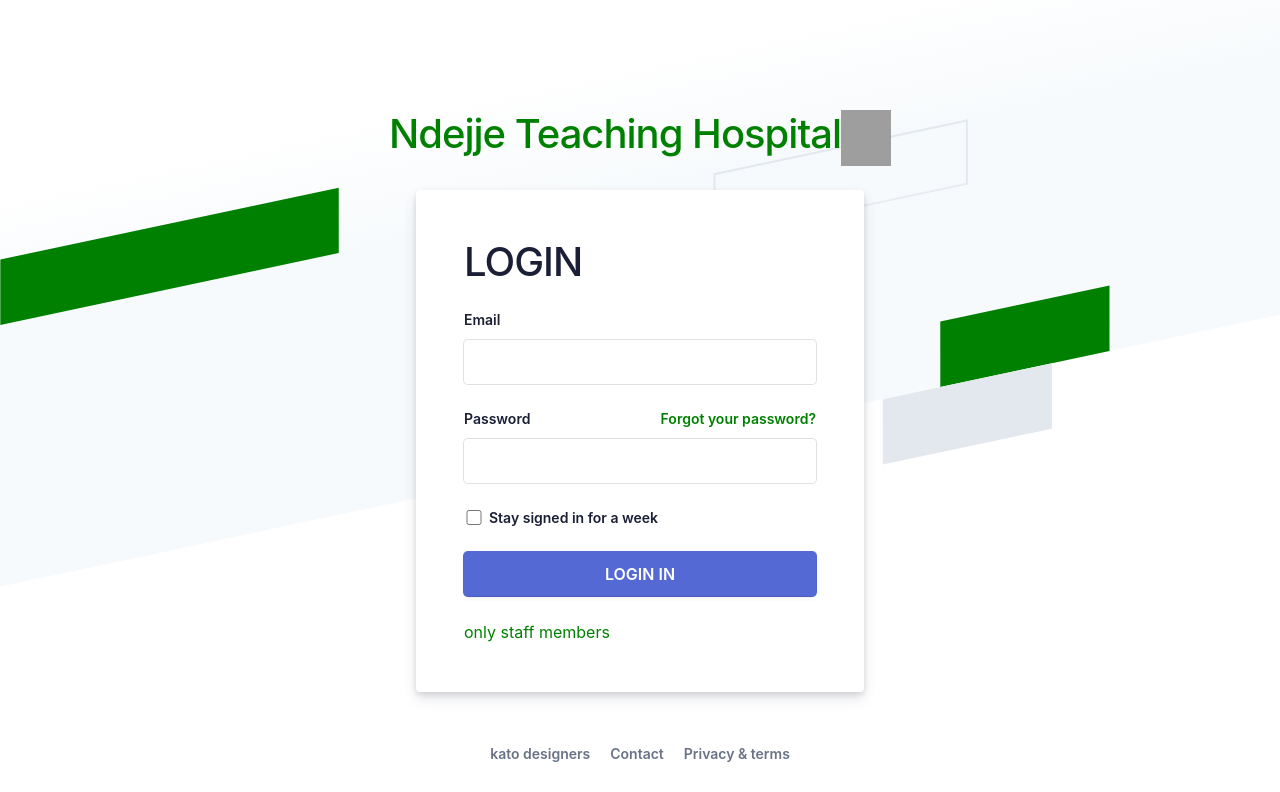
Repository: kluivert-ssali/katoMessi
Page: http://localhost/login.php
An editor plug-in stored every save of this project. The page is shown before and after the next save, followed by the edit.
The browser window is 1280 px wide. The pictures show the whole page.
Pictures or frames that could not be fetched are drawn as grey boxes. Some web libraries are served in a nearby version. The page is run by PHP 8.4 with error messages shown; the project is at /var/www/html/.

Above is the page before, as saved 2022-05-14 00:01:36.

### login.php
<?php





?>




<!-- staff login form  -->
<!DOCTYPE html>
<html lang="en">

<head>
    <meta charset="UTF-8">
    <meta http-equiv="X-UA-Compatible" content="IE=edge">
    <meta name="viewport" content="width=device-width, initial-scale=1.0">
    <!-- <script src="https://ajax.googleapis.com/ajax/libs/jquery/2.2.0/jquery.min.js"></script>
    <link rel="stylesheet" href="https://maxcdn.bootstrapcdn.com/bootstrap/3.3.6/css/bootstrap.min.css" /> -->
    <!-- bootsrap css -->
    <link href="https://cdn.jsdelivr.net/npm/bootstrap@5.1.3/dist/css/bootstrap.min.css" rel="stylesheet" integrity="sha384-1BmE4kWBq78iYhFldvKuhfTAU6auU8tT94WrHftjDbrCEXSU1oBoqyl2QvZ6jIW3" crossorigin="anonymous">
    <title>Login</title>
    <style>
        /* put button in right */
        .btn {
            float: right;
        }
        * {
  padding: 0;
  margin: 0;
  color: #1a1f36;
  box-sizing: border-box;
  word-wrap: break-word;
  font-family: -apple-system,BlinkMacSystemFont,Segoe UI,Roboto,Helvetica Neue,Ubuntu,sans-serif;
}

h1 {
    letter-spacing: -1px;
}
a {
  color: green;
  text-decoration: unset;
}
.login-root {
    background: #fff;
    display: flex;
    width: 100%;
    min-height: 100vh;
    overflow: hidden;
}
.loginbackground {
    min-height: 692px;
    position: fixed;
    bottom: 0;
    left: 0;
    right: 0;
    top: 0;
    z-index: 0;
    overflow: hidden;
}
.flex-flex {
    display: flex;
}
.align-center {
  align-items: center;
}
.center-center {
  align-items: center;
  justify-content: center;
}
.box-root {
    box-sizing: border-box;
}
.flex-direction--column {
    -ms-flex-direction: column;
    flex-direction: column;
}
.loginbackground-gridContainer {
    display: -ms-grid;
    display: grid;
    -ms-grid-columns: [start] 1fr [left-gutter] (86.6px)[16] [left-gutter] 1fr [end];
    grid-template-columns: [start] 1fr [left-gutter] repeat(16,86.6px) [left-gutter] 1fr [end];
    -ms-grid-rows: [top] 1fr [top-gutter] (64px)[8] [bottom-gutter] 1fr [bottom];
    grid-template-rows: [top] 1fr [top-gutter] repeat(8,64px) [bottom-gutter] 1fr [bottom];
    justify-content: center;
    margin: 0 -2%;
    transform: rotate(-12deg) skew(-12deg);
}
.box-divider--light-all-2 {
    box-shadow: inset 0 0 0 2px #e3e8ee;
}
.box-background--blue {
    background-color:green;
}
.box-background--white {
  background-color: #ffffff;
}
.box-background--blue800 {
    background-color: #212d63;
}
.box-background--gray100 {
    background-color: #e3e8ee;
}
.box-background--cyan200 {
    background-color: #7fd3ed;
}
.padding-top--64 {
  padding-top: 64px;
}
.padding-top--24 {
  padding-top: 24px;
}
.padding-top--48 {
  padding-top: 48px;
}
.padding-bottom--24 {
  padding-bottom: 24px;
}
.padding-horizontal--48 {
  padding: 48px;
}
.padding-bottom--15 {
  padding-bottom: 15px;
}


.flex-justifyContent--center {
  -ms-flex-pack: center;
  justify-content: center;
}

.formbg {
    margin: 0px auto;
    width: 100%;
    max-width: 448px;
    background: white;
    border-radius: 4px;
    box-shadow: rgba(60, 66, 87, 0.12) 0px 7px 14px 0px, rgba(0, 0, 0, 0.12) 0px 3px 6px 0px;
}
span {
    display: block;
    font-size: 20px;
    line-height: 28px;
    color: #1a1f36;
}
label {
    margin-bottom: 10px;
}
.reset-pass a,label {
    font-size: 14px;
    font-weight: 600;
    display: block;
}
.reset-pass > a {
    text-align: right;
    margin-bottom: 10px;
}
.grid--50-50 {
    display: grid;
    grid-template-columns: 50% 50%;
    align-items: center;
}

.field input {
    font-size: 16px;
    line-height: 28px;
    padding: 8px 16px;
    width: 100%;
    min-height: 44px;
    border: unset;
    border-radius: 4px;
    outline-color: rgb(84 105 212 / 0.5);
    background-color: rgb(255, 255, 255);
    box-shadow: rgba(0, 0, 0, 0) 0px 0px 0px 0px,
                rgba(0, 0, 0, 0) 0px 0px 0px 0px,
                rgba(0, 0, 0, 0) 0px 0px 0px 0px,
                rgba(60, 66, 87, 0.16) 0px 0px 0px 1px,
                rgba(0, 0, 0, 0) 0px 0px 0px 0px,
                rgba(0, 0, 0, 0) 0px 0px 0px 0px,
                rgba(0, 0, 0, 0) 0px 0px 0px 0px;
}

input[type="submit"] {
    background-color: rgb(84, 105, 212);
    box-shadow: rgba(0, 0, 0, 0) 0px 0px 0px 0px,
                rgba(0, 0, 0, 0) 0px 0px 0px 0px,
                rgba(0, 0, 0, 0.12) 0px 1px 1px 0px,
                rgb(84, 105, 212) 0px 0px 0px 1px,
                rgba(0, 0, 0, 0) 0px 0px 0px 0px,
                rgba(0, 0, 0, 0) 0px 0px 0px 0px,
                rgba(60, 66, 87, 0.08) 0px 2px 5px 0px;
    color: #fff;
    font-weight: 600;
    cursor: pointer;
}
.field-checkbox input {
    width: 20px;
    height: 15px;
    margin-right: 5px;
    box-shadow: unset;
    min-height: unset;
}
.field-checkbox label {
    display: flex;
    align-items: center;
    margin: 0;
}
a.ssolink {
    display: block;
    text-align: center;
    font-weight: 600;
}
.footer-link span {
    font-size: 14px;
    text-align: center;
}
.listing a {
    color: #697386;
    font-weight: 600;
    margin: 0 10px;
}

.animationRightLeft {
  animation: animationRightLeft 2s ease-in-out infinite;
}
.animationLeftRight {
  animation: animationLeftRight 2s ease-in-out infinite;
}
.tans3s {
  animation: animationLeftRight 3s ease-in-out infinite;
}
.tans4s {
  animation: animationLeftRight 4s ease-in-out infinite;
}

@keyframes animationLeftRight {
  0% {
    transform: translateX(0px);
  }
  50% {
    transform: translateX(1000px);
  }
  100% {
    transform: translateX(0px);
  }
}

@keyframes animationRightLeft {
  0% {
    transform: translateX(0px);
  }
  50% {
    transform: translateX(-1000px);
  }
  100% {
    transform: translateX(0px);
  }
}
    </style>

</head>

<body>
    <!-- button  -->
    <button type="button" class="btn btn-dark" onclick="window.location.href='admin.php'">Super Admin</button>
    <div class="login-root">
        <div class="box-root flex-flex flex-direction--column" style="min-height: 100vh;flex-grow: 1;">
            <div class="loginbackground box-background--white padding-top--64">
                <div class="loginbackground-gridContainer">
                    <div class="box-root flex-flex" style="grid-area: top / start / 8 / end;">
                        <div class="box-root" style="background-image: linear-gradient(white 0%, rgb(247, 250, 252) 33%); flex-grow: 1;">
                        </div>
                    </div>
                    <div class="box-root flex-flex" style="grid-area: 4 / 2 / auto / 5;">
                        <div class="box-root box-divider--light-all-2 animationLeftRight tans3s" style="flex-grow: 1;"></div>
                    </div>
                    <div class="box-root flex-flex" style="grid-area: 6 / start / auto / 2;">
                        <div class="box-root box-background--blue800" style="flex-grow: 1;"></div>
                    </div>
                    <div class="box-root flex-flex" style="grid-area: 7 / start / auto / 4;">
                        <div class="box-root box-background--blue animationLeftRight" style="flex-grow: 1;"></div>
                    </div>
                    <div class="box-root flex-flex" style="grid-area: 8 / 4 / auto / 6;">
                        <div class="box-root box-background--gray100 animationLeftRight tans3s" style="flex-grow: 1;"></div>
                    </div>
                    <div class="box-root flex-flex" style="grid-area: 2 / 15 / auto / end;">
                        <div class="box-root box-background--cyan200 animationRightLeft tans4s" style="flex-grow: 1;"></div>
                    </div>
                    <div class="box-root flex-flex" style="grid-area: 3 / 14 / auto / end;">
                        <div class="box-root box-background--blue animationRightLeft" style="flex-grow: 1;"></div>
                    </div>
                    <div class="box-root flex-flex" style="grid-area: 4 / 17 / auto / 20;">
                        <div class="box-root box-background--gray100 animationRightLeft tans4s" style="flex-grow: 1;"></div>
                    </div>
                    <div class="box-root flex-flex" style="grid-area: 5 / 14 / auto / 17;">
                        <div class="box-root box-divider--light-all-2 animationRightLeft tans3s" style="flex-grow: 1;"></div>
                    </div>
                </div>
            </div>
            <div class="box-root padding-top--24 flex-flex flex-direction--column" style="flex-grow: 1; z-index: 9;">
                <div class="box-root padding-top--48 padding-bottom--24 flex-flex flex-justifyContent--center">
                    <h1><a href="index.html" rel="dofollow">Ndejje Teaching Hospital</a></h1><img style="height: 50; width:50px;" src="https://admissions.ndu.ac.ug/resources/images/logos/ndejje.png">
                </div>
                <div class="formbg-outer">
                    <div class="formbg">
                        <div class="formbg-inner padding-horizontal--48">
                            <h1 class="padding-bottom--15">LOGIN</h1>
                            <form id="stripe-login">
                                <div class="field padding-bottom--24">
                                    <label for="email">Email</label>
                                    <input type="email" name="email">
                                </div>
                                <div class="field padding-bottom--24">
                                    <div class="grid--50-50">
                                        <label for="password">Password</label>
                                        <div class="reset-pass">
                                            <a href="#">Forgot your password?</a>
                                        </div>
                                    </div>
                                    <input type="password" name="password">
                                </div>
                                <div class="field field-checkbox padding-bottom--24 flex-flex align-center">
                                    <label for="checkbox">
                                        <input type="checkbox" name="checkbox"> Stay signed in for a week
                                    </label>
                                </div>
                                <div class="field padding-bottom--24">
                                    <input type="submit" name="submit" value="LOGIN IN">
                                </div>
                                <div class="field">
                                    <a class="" href="#"> only staff members</a>
                                </div>
                            </form>
                        </div>
                    </div>
                    <div class="footer-link padding-top--24">

                        <div class="listing padding-top--24 padding-bottom--24 flex-flex center-center">
                            <span><a href="#">kato designers</a></span>
                            <span><a href="#">Contact</a></span>
                            <span><a href="#">Privacy & terms</a></span>
                        </div>
                    </div>
                </div>
            </div>
        </div>
    </div>








    <script src="https://cdn.jsdelivr.net/npm/bootstrap@5.1.3/dist/js/bootstrap.bundle.min.js" integrity="sha384-ka7Sk0Gln4gmtz2MlQnikT1wXgYsOg+OMhuP+IlRH9sENBO0LRn5q+8nbTov4+1p" crossorigin="anonymous"></script>
    <script src="https://cdn.jsdelivr.net/npm/@popperjs/core@2.10.2/dist/umd/popper.min.js" integrity="sha384-7+zCNj/IqJ95wo16oMtfsKbZ9ccEh31eOz1HGyDuCQ6wgnyJNSYdrPa03rtR1zdB" crossorigin="anonymous"></script>
    <script src="https://cdn.jsdelivr.net/npm/bootstrap@5.1.3/dist/js/bootstrap.min.js" integrity="sha384-QJHtvGhmr9XOIpI6YVutG+2QOK9T+ZnN4kzFN1RtK3zEFEIsxhlmWl5/YESvpZ13" crossorigin="anonymous"></script>
</body>

</html>

After the next save:
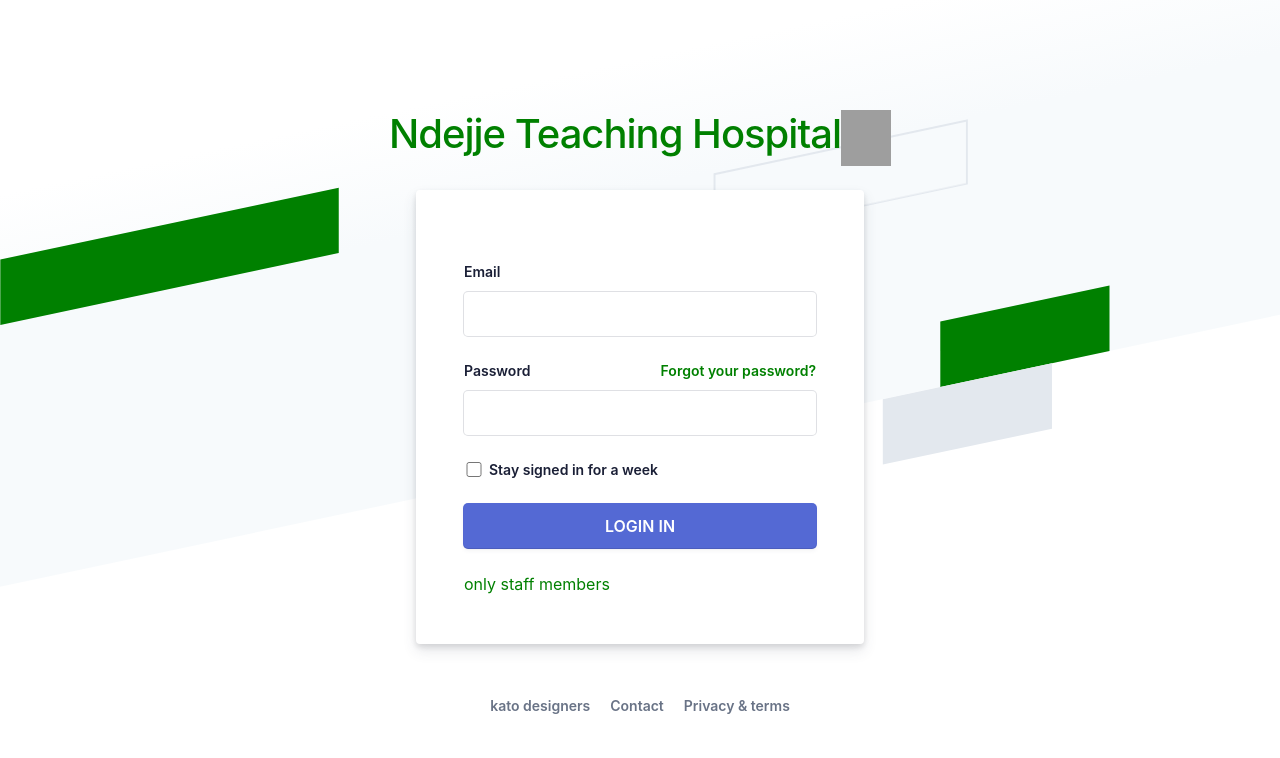
Saved 28 s later.
--- a/login.php
+++ b/login.php
@@ -306,7 +306,7 @@ a.ssolink {
                 <div class="formbg-outer">
                     <div class="formbg">
                         <div class="formbg-inner padding-horizontal--48">
-                            <h1 class="padding-bottom--15">LOGIN</h1>
+                            <h1 class="padding-bottom--15"></h1>
                             <form id="stripe-login">
                                 <div class="field padding-bottom--24">
                                     <label for="email">Email</label>
